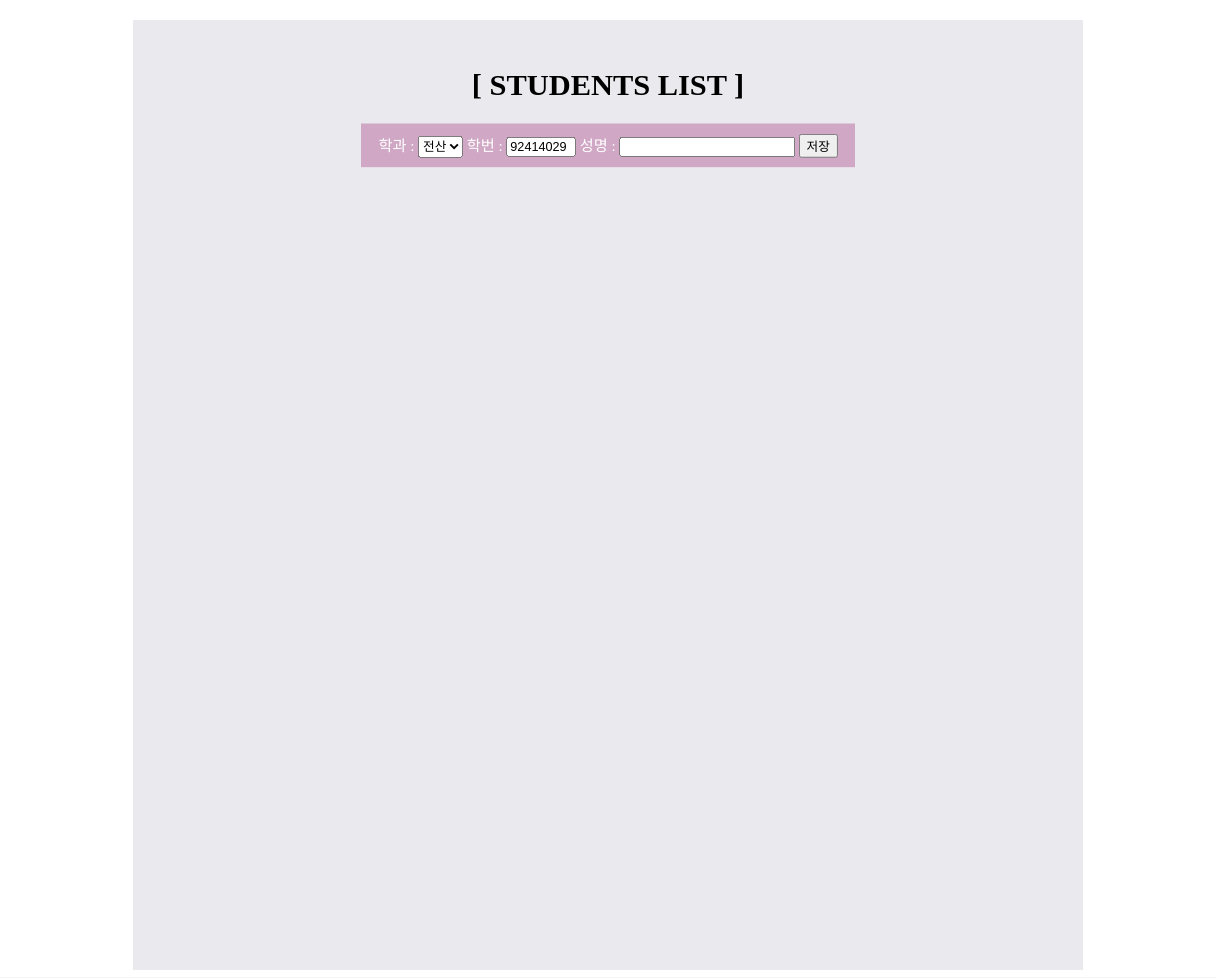
Repository: eeul07/html
Page: ex0508/WebContent/WEB-INF/students/slist.html
An editor plug-in stored every save of this project. The page is shown before and after the next save, followed by the edit.
The browser window is 1280 px wide. The pictures show the whole page, at 95% of full size.
Some web libraries are served in a nearby version.

Above is the page before, as saved 2020-05-08 01:13:25.

### ex0508/WebContent/WEB-INF/students/slist.html
<!DOCTYPE html>
<html>
<head>
	<meta charset="UTF-8">
	<title>학생관리</title>
	<script src="http://code.jquery.com/jquery-1.9.1.js"></script>
	<script src="https://cdnjs.cloudflare.com/ajax/libs/handlebars.js/3.0.1/handlebars.js"></script>
	<style>
		bode{background:#F5E5C5;}
		#page{background:#E9E9EE; width:1000px; height:1000px; margin:auto;}
		h1{text-align:center; padding-top:50px;}
		select{height:23px;}
		#students{background:#D0A8C5; color:white; width:500px; padding:10px; margin:auto;
				text-align:center;}
		#tbl{margin:auto; width:500px;}
		.row{border:1px solid }
	</style>
</head>
<body>
	<div id="page">
		<h1>[ STUDENTS LIST ]</h1>
		<div id="students">
			학과 : <select id="dept">
				<option>전산</option>
				<option>전자</option>
				<option>건축</option>
				</select>
			학번 : <input type="text" id="scode" maxlength=8 size=6 value="92414029">
			성명 : <input type="text" id="sname">
			<input type="button" id="btnSave" value="저장">
		</div>
		<table id="tbl" border=1 width=500></table>
		<script id="temp" type="text/x-handlebars-template">
			{{#each array}}
				<tr class=row>
					<td><input type="checkbox" class="chk"></td>
					<td class=scode>{{scode}}</td>
					<td>{{sname}}</td>
					<td>{{dept}}</td>
					<td><button>삭제</button></td>
				</tr>
			{{/each}}
		</script>
	</div>
</body>
<script>
	$("#tbl").hide();
	var scode;
	var sname;
	var dept;

	$("#btnSave").on("click", function(){
		if(!confirm("학생을 등록하시겠습니까?")) return;
		scode=$("#scode").val();
		sname=$("#sname").val();
		dept=$("#dept").val();

		$.ajax({
			type:"post",
			url:"sinsert.jsp",
			data:{"scode":scode, "sname":sname, "dept":dept},
			dataType:"json",
			success:function(data){
				if(data.cnt==1){
					alert("이미 존재하는 학생입니다.")
				}
				var temp=Handlebars.compile($("#temp").html());
				$("#tbl").html(temp(data));
			}
		});
		$("#tbl").show();
	});
</script>
</html>

After the next save:
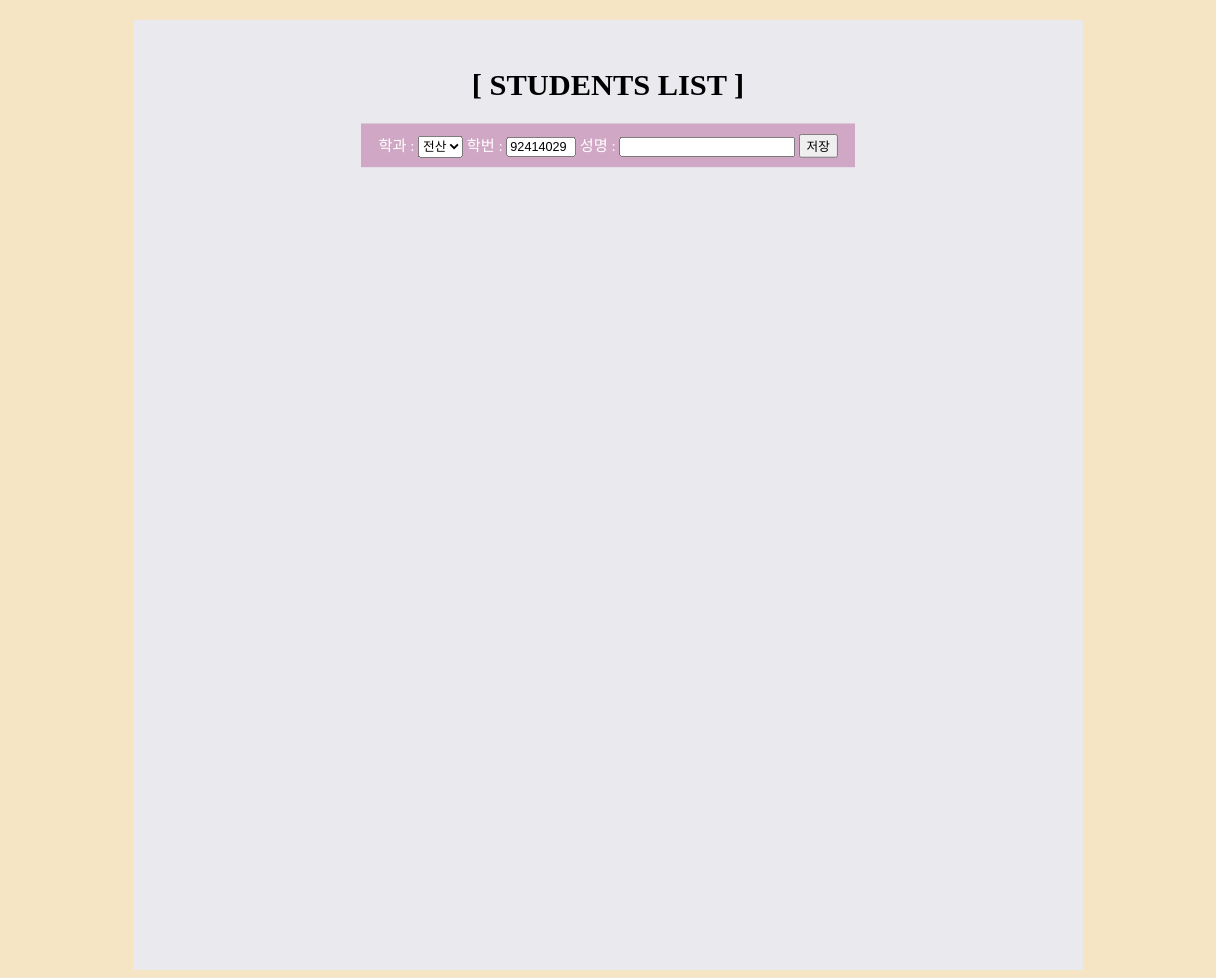
Saved 26 s later.
--- a/ex0508/WebContent/WEB-INF/students/slist.html
+++ b/ex0508/WebContent/WEB-INF/students/slist.html
@@ -6,7 +6,7 @@
 	<script src="http://code.jquery.com/jquery-1.9.1.js"></script>
 	<script src="https://cdnjs.cloudflare.com/ajax/libs/handlebars.js/3.0.1/handlebars.js"></script>
 	<style>
-		bode{background:#F5E5C5;}
+		body{background:#F5E5C5;}
 		#page{background:#E9E9EE; width:1000px; height:1000px; margin:auto;}
 		h1{text-align:center; padding-top:50px;}
 		select{height:23px;}
